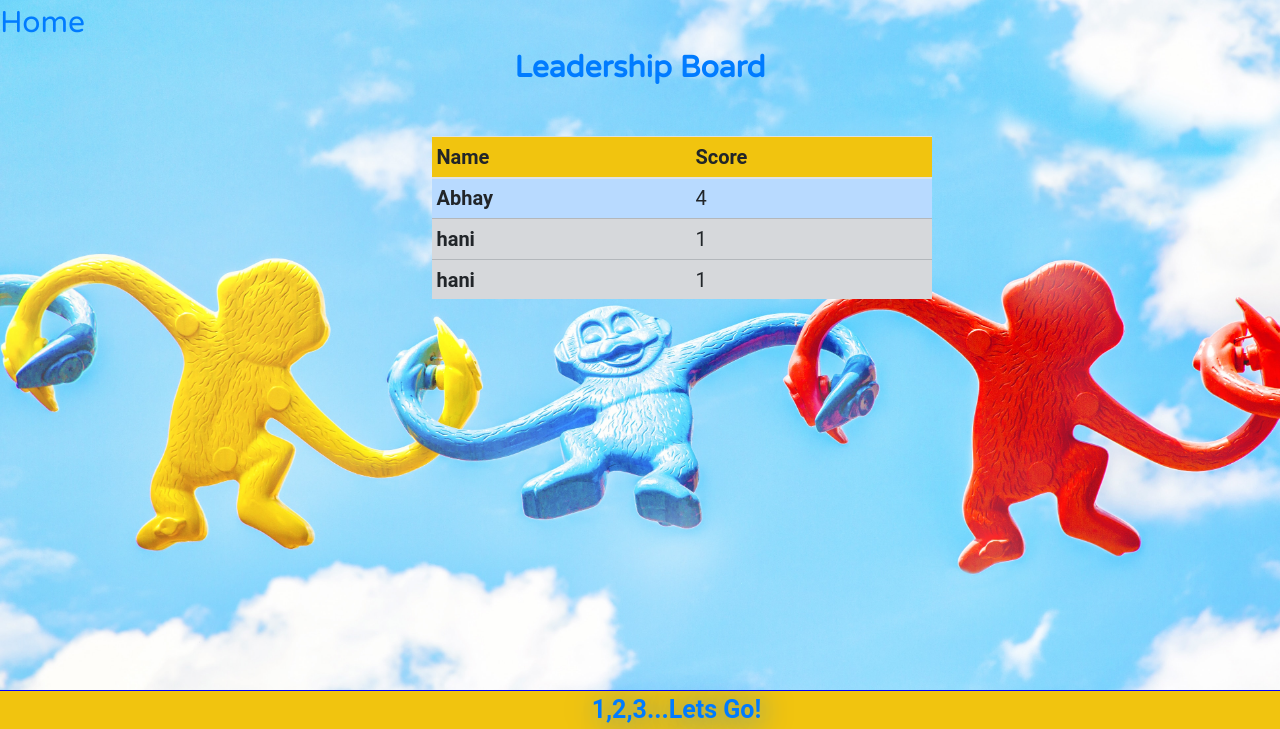
Repository: hanihassan1/Riddle-Game
Page: http://localhost/leadership
The author's editor kept a record of every edit. The page is drawn from the files as they stood at one moment, then again after the next edit.
The browser window is 1280 px wide. The pictures show the whole page.
Some web fonts or font styles are not loaded; a fallback is used. The page is served by the project's application, run on Flask 3 (run.py).

Above is the page before.

After the next edit:
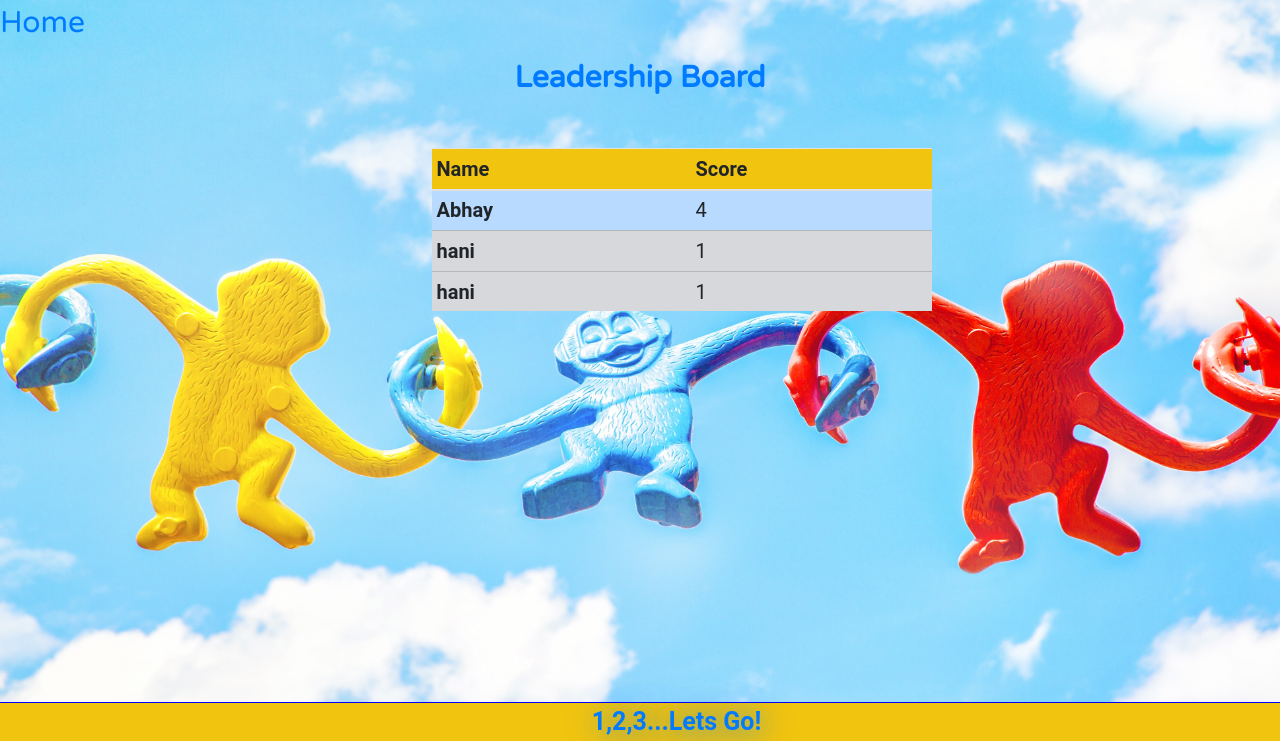
The edit:
--- a/templates/leadership.html
+++ b/templates/leadership.html
@@ -10,7 +10,8 @@
 
     <div class="col-sm-4 lead-homebt"><a href="https://9756ebca0b6a461ca3515f5d51d978ee.vfs.cloud9.us-east-1.amazonaws.com">Home</a></div>
     <div class="col-sm-4">
-      <h2 class="lead-head">Leadership Board</h2>
+      <h2 class="lead-head">Leadership Board  <i class="fas fa-trophy"></i></h2>
+
     </div>
     <div class="col-sm-4"></div>
   </div>
